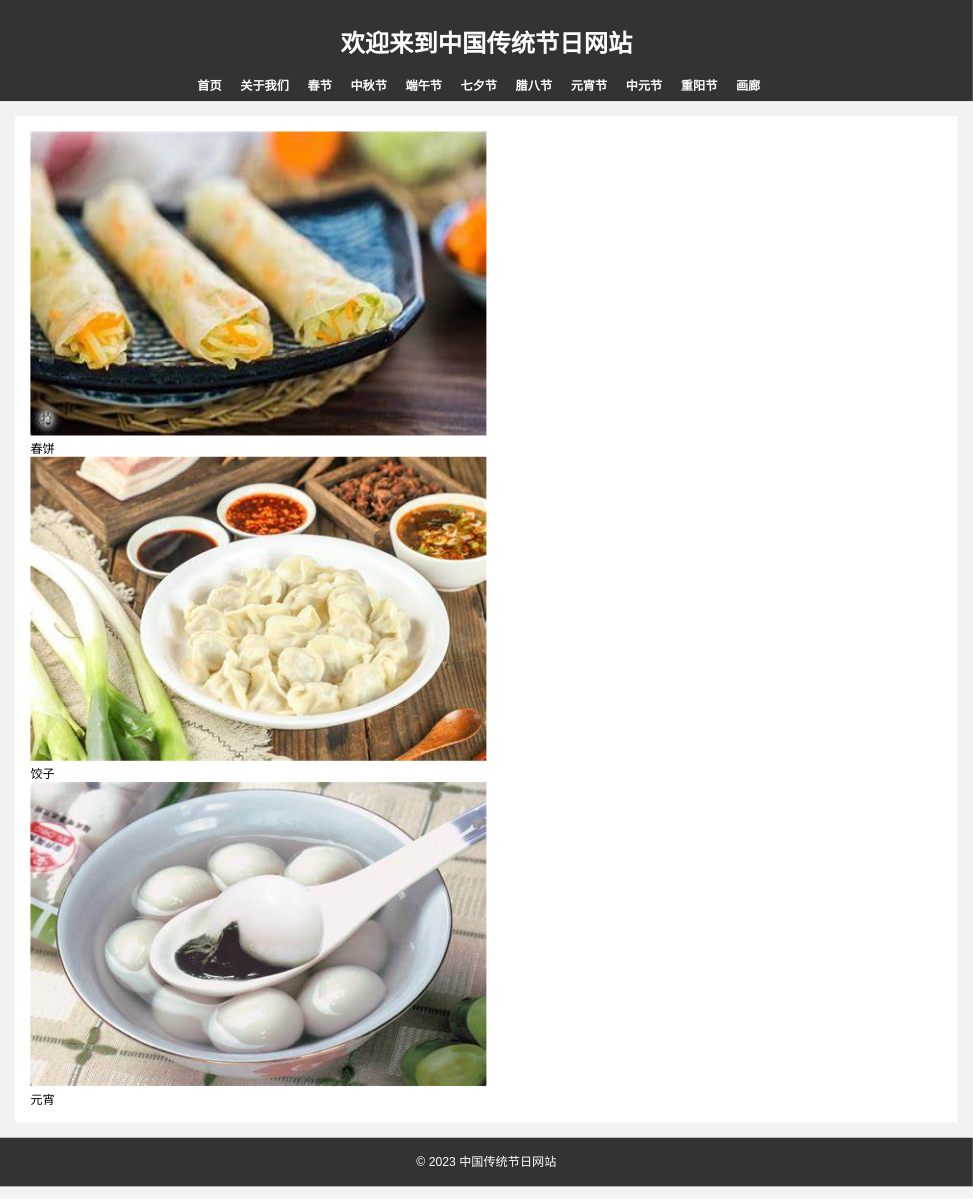
Repository: XueJie1/computer-operation-basics
Page: pages/gallery.html
An editor plug-in stored every save of this project. The page is shown before and after the next save, followed by the edit.
The browser window is 1280 px wide. The pictures show the whole page, at 76% of full size.

Above is the page before, as saved 2023-09-04 19:05:51.

### pages/gallery.html
<!DOCTYPE html>
<html lang="zh-CN">

<head>
    <meta charset="UTF-8">
    <meta name="viewport" content="width=device-width, initial-scale=1.0">
    <title>画廊 —— 中国传统节日</title>
    <link rel="stylesheet" type="text/css" href="../css/styles.css" />
    <script src="https://cdn.bootcdn.net/ajax/libs/jquery/3.6.4/jquery.js"></script>
</head>

<body>
    <header>
        <h1>欢迎来到中国传统节日网站</h1>
        <nav>
            <ul>
                <li><a href="index.html">首页</a></li>
                <li><a href="about.html">关于我们</a></li>
                <li><a href="./springfes/springfestival.html">春节</a></li>
                <li><a href="./midautumn/midautumnfestival.html">中秋节</a></li>
                <li><a href="./dragonboatfes/dragonboatfestival.html">端午节</a></li>
                <li><a href="./qixifes/qixifestival.html">七夕节</a></li>
                <li><a href="./labafes/labafestival.html">腊八节</a></li>
                <li><a href="./lanternfes/lanternfestival.html">元宵节</a></li>
                <li><a href="./hungryghostfes/hungryghostfestival.html">中元节</a></li>
                <li><a href="./doubleninthfes/doubleninthfestival.html">重阳节</a></li>
                <li><a href="#">画廊</a></li>
            </ul>
        </nav>
    </header>
    <main>
        <div class="gallery">
            <img src="../img/chunbing.jpg" alt="chunbing" width="600" height="400">

            <div class="desc">春饼</div>
        </div>

        <div class="gallery">

            <img src="../img/jiaozi.jpg" alt="jiaozi" width="600" height="400">

            <div class="desc">饺子</div>
        </div>

        <div class="gallery">
            <img src="../img/yuanxiao.jpg" alt="yuanxiao" width="600" height="400">
            <div class="desc">元宵</div>
        </div>

    </main>


    <footer>
        <p>&copy; 2023 中国传统节日网站</p>
    </footer>
</body>

</html>

### css/styles.css

body {
    font-family: Arial, sans-serif;
    margin: 0;
    padding: 0;
    background-color: #f2f2f2;
}

header , .header{
    background-color: #333;
    color: #fff;
    padding: 10px 0;
}


.header h1, header h1{
    text-align: center;
    text-decoration: none;
    color: #fff;
}

.banner {
    text-align: center;
    width: 100%;
    height: auto;
}

nav ul {
    list-style-type: none;
    margin: 0;
    padding: 0;
    text-align: center;
}

nav ul li {
    display: inline;
    margin-right: 20px;
}

nav ul li a {
    text-decoration: none;
    color: #fff;
    font-weight: bold;
    font-size: 16px;
}

nav ul li a:hover {
    color: #ff9900; /* 鼠标悬停时的颜色 */
}

main {
    margin: 20px 20px 20px 20px;
}

footer p , .footer p{
    color: #fff;
    text-align: center;
    background-color: #333;
    padding-top: 20px;
    padding-bottom: 20px;
}

/* 为网页容器设置样式 */
.container {
    display: flex;
}

/* 侧边栏样式 */
.sidebar {
    flex: 0 0 10%; /* 侧边栏占据25%的宽度 */
    background-color: #333;
    color: #fff;
    padding: 20px;
}

.sidebar ul {
    list-style-type: none;
    padding: 0;
}

.sidebar ul li {
    margin-bottom: 10px;
}

.sidebar ul li a {
    text-decoration: none;
    color: #fff;
    font-weight: bold;
    font-size: 16px;
}

/* 主内容区域样式 */
main {
    flex: 0 0 75%; /* 主内容区域占据75%的宽度 */
    background-color: #fff;
    padding: 20px;
}

/* 标题样式 */
/* h1 {
    font-size: 28px;
    color: #333;
    margin-top: 0;
} */

h2 {
    text-align: center;
    font-size: 24px;
    color: #333;
}

h3 {
    text-align: center;
}

/* 正文样式 */
p {
    font-size: 16px;
    line-height: 1.5;
    color: #555;
}

section {
    margin-left: 20px;
}

.img {
    text-align: center;
}

.img img {
    width: 350px;
    height: auto;
}

main li {
    color: #555;
}

After the next save:
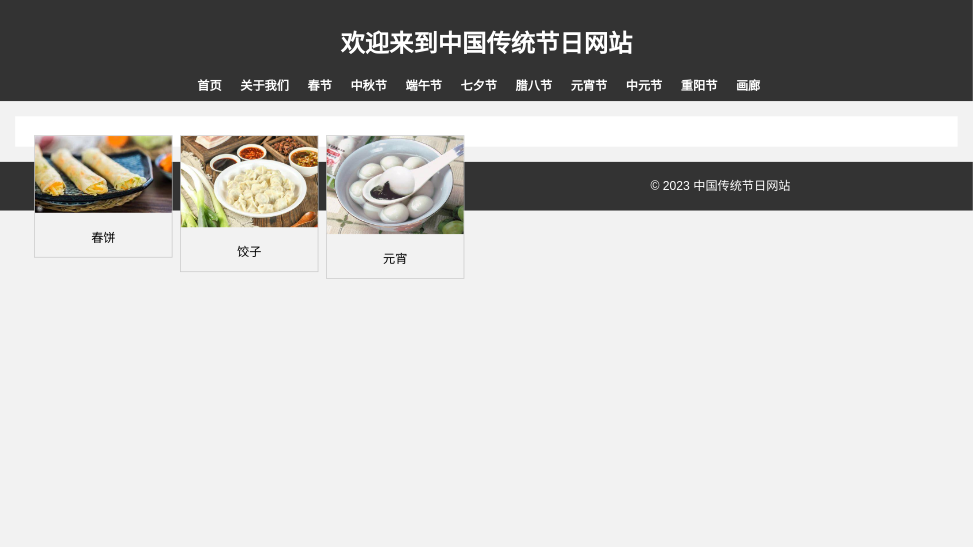
Saved 17 s later.
--- a/css/styles.css
+++ b/css/styles.css
@@ -135,4 +135,23 @@ section {
 
 main li {
     color: #555;
+}div.gallery {
+  margin: 5px;
+  border: 1px solid #ccc;
+  float: left;
+  width: 180px;
 }
+
+div.gallery:hover {
+  border: 1px solid #777;
+}
+
+div.gallery img {
+  width: 100%;
+  height: auto;
+}
+
+div.desc {
+  padding: 15px;
+  text-align: center;
+}
